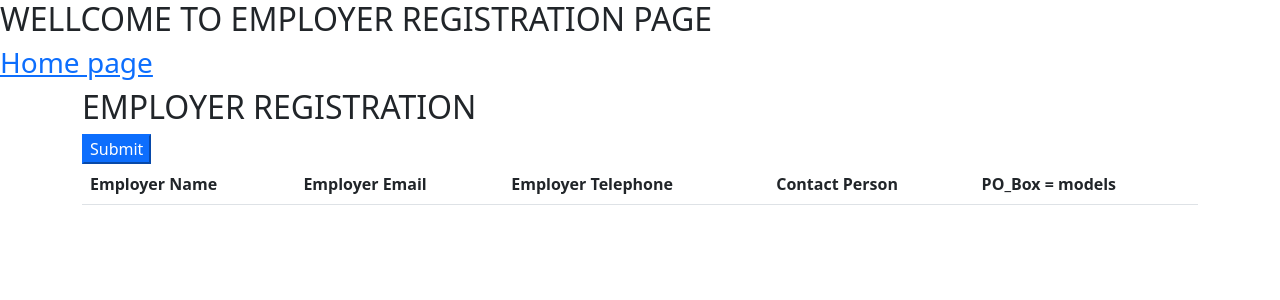
Repository: wizard991-ui/django_recruitment
Page: recruitment_app/templates/addemployer.html
An editor plug-in stored every save of this project. The page is shown before and after a run of saves, followed by the edit.
The browser window is 1280 px wide. The pictures show the whole page.
The page is served by the project's application, run on Django 5.2 (manage.py). Other server files are loaded and not shown. The template is opened directly, without the code that normally fills it, so the values that code supplies are empty.

Above is the page before, as saved 2024-11-12 08:48:32.

### recruitment_app/templates/addemployer.html
<!DOCTYPE html>
<html lang="en">
<head>
    {%load static%}
    {%load crispy_forms_tags%}
    <meta charset="UTF-8">
    <meta name="viewport" content="width=device-width, initial-scale=1.0">
    <title>addemployer</title>
    <link rel= 'stylesheet' href="{% static 'css/bootstrap.min.css' %}" >
</head>
<body>
    <h2>WELLCOME TO EMPLOYER REGISTRATION PAGE</h2>
        <a href ="{% url 'index_page'%}"> <h3>Home page</h3></a>
        <div class='container'>
            <h2>EMPLOYER REGISTRATION </h2>
            <form method="POST">
                {% csrf_token %}
                {{form | crispy}}
                <input type='submit' class='btn-primary'>

            </form>
            {% if message %}
            {{ message }}
            {% endif %}

            <table class="table table-striped">
                <thead>
                    <tr>
                    <th scope="col">Employer Name</th>
                    <th scope="col">Employer Email</th>
                    <th scope="col">Employer Telephone</th>
                    <th scope="col">Contact Person</th>
                    <th scope="col">PO_Box = models</th>
                    </tr>
                </thead>
            </table>
        </div>
</body>
</html>

### recruitment_pj/urls.py
"""
URL configuration for recruitment_pj project.

The `urlpatterns` list routes URLs to views. For more information please see:
    https://docs.djangoproject.com/en/5.1/topics/http/urls/
Examples:
Function views
    1. Add an import:  from my_app import views
    2. Add a URL to urlpatterns:  path('', views.home, name='home')
Class-based views
    1. Add an import:  from other_app.views import Home
    2. Add a URL to urlpatterns:  path('', Home.as_view(), name='home')
Including another URLconf
    1. Import the include() function: from django.urls import include, path
    2. Add a URL to urlpatterns:  path('blog/', include('blog.urls'))
"""
from django.contrib import admin
from django.urls import path
from recruitment_app.views import index_view,add_applicant_View,add_employer_view, add_jobposting_view,add_qualification_view,add_jobrequirements_view,add_application_view

urlpatterns = [
    path('admin/', admin.site.urls),
    path('', index_view, name='index_page'),
    path('addapplicant/',add_applicant_View, name="addapplicant_page"),
    path('addemployer/',add_employer_view, name='addemployer_page'),
    path('addjobposting/',add_jobposting_view, name='addjobposting_page'),
    path('addqualification/', add_qualification_view, name='addqualification_page'),
    path('addjorequirement/',add_jobrequirements_view, name ='addrequirement_page'),
    path('addapplication/',add_application_view, name='addapplication_page')
]

Loaded but not shown: static/css/bootstrap.min.css (library)

After the next 4 saves:
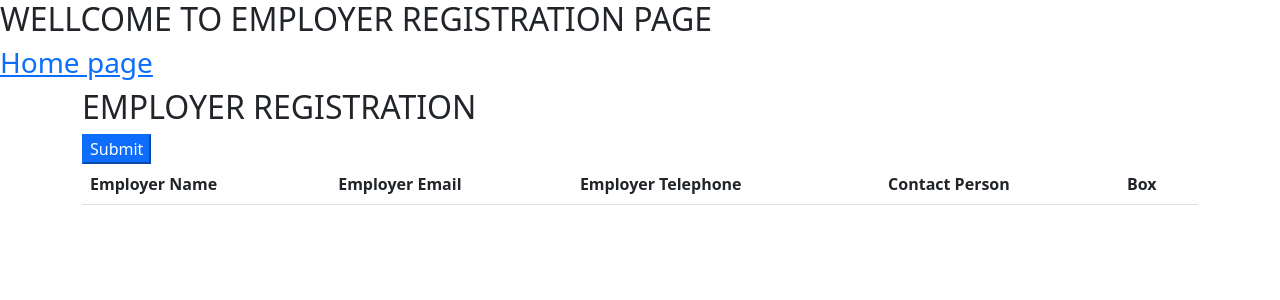
The 4 saves are shown as one change because they came seconds apart.
The last was saved 39 s later.
--- a/recruitment_app/templates/addemployer.html
+++ b/recruitment_app/templates/addemployer.html
@@ -30,7 +30,7 @@
                     <th scope="col">Employer Email</th>
                     <th scope="col">Employer Telephone</th>
                     <th scope="col">Contact Person</th>
-                    <th scope="col">PO_Box = models</th>
+                    <th scope="col">Box</th>
                     </tr>
                 </thead>
             </table>
